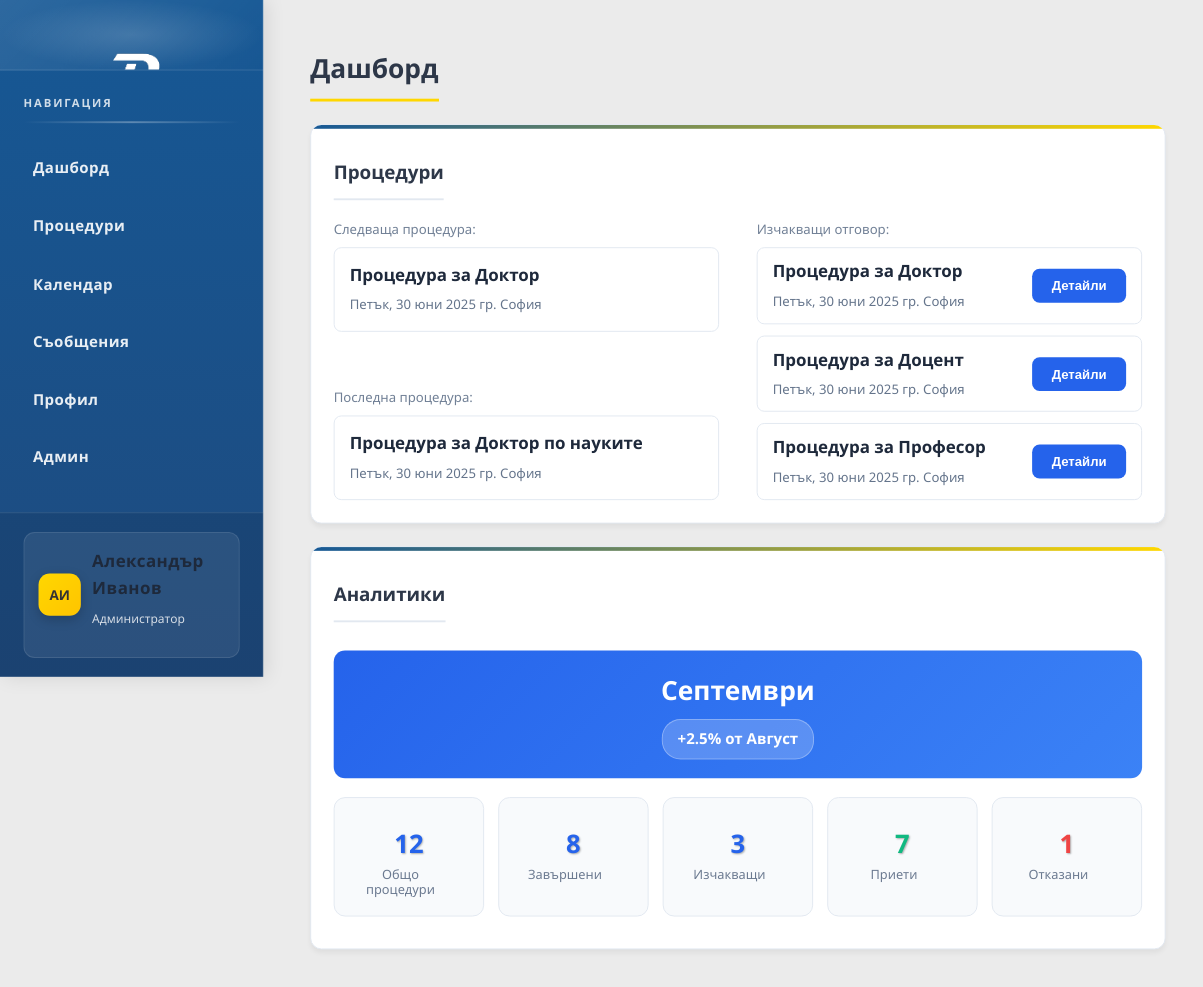
Repository: BorisSavianov/doxa-frontend
Page: /
The author's editor kept a copy of each file at every save. The page is drawn from the files as they stood at one save, then again after the next save.
The browser window is 1280 px wide. The pictures show the whole page, at 94% of full size.
The project was rebuilt for these pictures with package versions that can differ from the ones it lists, and the page was loaded fresh each time. Also part of the build but not shown: vite.config.js, src/components/Layout/Header.jsx, src/pages/Profile.jsx, src/pages/Inbox.css, src/pages/Inbox.jsx, src/pages/Calendar.css, src/pages/Calendar.jsx, src/pages/Admin.jsx and 1 more.

Above is the page before, as saved 2025-10-24 15:18:05.

### index.html
<!doctype html>
<html lang="en">
  <head>
    <meta charset="UTF-8" />
    <link rel="icon" type="image/svg+xml" href="/vite.svg" />
    <meta name="viewport" content="width=device-width, initial-scale=1.0" />
    <title>vtu</title>
  </head>
  <body>
    <div id="root"></div>
    <script type="module" src="/src/main.jsx"></script>
  </body>
</html>

### src/main.jsx
import React from 'react'
import ReactDOM from 'react-dom/client'
import { createBrowserRouter, RouterProvider } from 'react-router-dom'
import { ThemeProvider } from './contexts/ThemeContext'
import { LanguageProvider } from './contexts/LanguageContext'
import Layout from './components/Layout/Layout'
import Dashboard from './pages/Dashboard'
import Profile from './pages/Profile'
import Inbox from './pages/Inbox'
import Calendar from './pages/Calendar'
import Admin from './pages/Admin'
import './index.css'
import Procedures from './pages/Procedures'

const router = createBrowserRouter([
  {
    path: "/",
    element: <Layout />,
    children: [
      {
        index: true,
        element: <Dashboard />,
      },
      {
        path: "dashboard",
        element: <Dashboard />,
      },
      {
        path: "profile",
        element: <Profile />,
      },
      {
        path: "inbox",
        element: <Inbox />,
      },
      {
        path: "calendar",
        element: <Calendar />,
      },
      {
        path: "admin",
        element: <Admin />,
      },
       {
        path: "procedures",
        element: <Procedures />,
      },
    ],
  },
], {
  future: {
    v7_startTransition: true,
    v7_relativeSplatPath: true,
  },
});

function App() {
  return (
    <ThemeProvider>
      <LanguageProvider>
        <RouterProvider router={router} />
      </LanguageProvider>
    </ThemeProvider>
  )
}

ReactDOM.createRoot(document.getElementById('root')).render(
  <React.StrictMode>
    <App />
  </React.StrictMode>,
)

### src/contexts/LanguageContext.jsx
import React, { createContext, useContext, useState } from 'react'
import { useLocalStorage } from '../hooks/useLocalStorage'

const LanguageContext = createContext()

export const useLanguage = () => {
  const context = useContext(LanguageContext)
  if (!context) {
    throw new Error('useLanguage must be used within a LanguageProvider')
  }
  return context
}

export const LanguageProvider = ({ children }) => {
  const [isEnglish, setIsEnglish] = useLocalStorage('language', false)

  const toggleLanguage = () => {
    setIsEnglish(prev => !prev)
  }

  const t = (bg, en) => {
    return isEnglish ? en : bg
  }

  const value = {
    isEnglish,
    toggleLanguage,
    t
  }

  return (
    <LanguageContext.Provider value={value}>
      {children}
    </LanguageContext.Provider>
  )
}

// В LanguageContext.jsx, добави следния код в t функцията или създай нова:
const calendarLocales = {
  bg: {
    buttonText: {
      today: 'Днес',
      month: 'Месец',
      week: 'Седмица',
      day: 'Ден',
      list: 'Списък'
    },
    allDayText: 'Цял ден',
    noEventsText: 'Няма събития'
  },
  en: {
    buttonText: {
      today: 'Today',
      month: 'Month',
      week: 'Week',
      day: 'Day',
      list: 'List'
    },
    allDayText: 'All day',
    noEventsText: 'No events'
  }
}

// Актуализирай t функцията или добави нова:
const getCalendarLocale = () => {
  return isEnglish ? calendarLocales.en : calendarLocales.bg
}

### src/components/Layout/Layout.jsx
import React from 'react'
import { Outlet } from 'react-router-dom'
import { useTheme } from '../../contexts/ThemeContext'
import Header from './Header'
import Sidebar from './Sidebar'
import '../../styles/globals.css'

const Layout = () => {
  const { isDark } = useTheme()

  return (
    <div className={`app ${isDark ? 'dark' : 'light'}`}>
      <Sidebar />
      <div className="main-content">

        <Outlet />
      </div>
    </div>
  )
}

export default Layout

### src/pages/Dashboard.jsx
import React from 'react';
import '../styles/dashboard.css';

const Dashboard = () => {
  return (
    <div className="dashboard">
      <h2>Дашборд</h2>

      {/* Процедури секция - цяла ширина */}
      <div className="card procedures-card full-width">
        <h2>Процедури</h2>

        <div className="procedures-grid">
          {/* Лява колона - Следваща и Последна процедура */}
          <div className="procedures-column">
            <div className="procedure-section">
              <h3>Следваща процедура:</h3>
              <div className="procedure-item">
                <div className="procedure-content">
                  <div className="procedure-info">
                    <div className="procedure-title">Процедура за Доктор</div>
                    <div className="procedure-date">Петък, 30 юни 2025 гр. София</div>
                  </div>
                </div>
              </div>
            </div>

            <div className="procedure-section">
              <h3>Последна процедура:</h3>
              <div className="procedure-item">
                <div className="procedure-content">
                  <div className="procedure-info">
                    <div className="procedure-title">Процедура за Доктор по науките</div>
                    <div className="procedure-date">Петък, 30 юни 2025 гр. София</div>
                  </div>
                </div>
              </div>
            </div>
          </div>

          {/* Дясна колона - Изчакващи процедури */}
          <div className="procedures-column">
            <div className="procedure-section">
              <h3>Изчакващи отговор:</h3>
              <div className="procedure-list">
                <div className="procedure-item waiting">
                  <div className="procedure-content">
                    <div className="procedure-info">
                      <div className="procedure-title">Процедура за Доктор</div>
                      <div className="procedure-date">Петък, 30 юни 2025 гр. София</div>
                    </div>
                    <button className="details-btn">Детайли</button>
                  </div>
                </div>
                <div className="procedure-item waiting">
                  <div className="procedure-content">
                    <div className="procedure-info">
                      <div className="procedure-title">Процедура за Доцент</div>
                      <div className="procedure-date">Петък, 30 юни 2025 гр. София</div>
                    </div>
                    <button className="details-btn">Детайли</button>
                  </div>
                </div>
                <div className="procedure-item waiting">
                  <div className="procedure-content">
                    <div className="procedure-info">
                      <div className="procedure-title">Процедура за Професор</div>
                      <div className="procedure-date">Петък, 30 юни 2025 гр. София</div>
                    </div>
                    <button className="details-btn">Детайли</button>
                  </div>
                </div>
              </div>
            </div>
          </div>
        </div>
      </div>

      {/* Долни секции */}
      <div className="bottom-sections">
        {/* Аналитики секция - разтегната на цялата дължина */}
        <div className="card analytics-card full-width">
          <h2>Аналитики</h2>
          <div className="analytics-content">
            <div className="analytics-main">
              <div className="month">Септември</div>
              <div className="trend positive">+2.5% от Август</div>
            </div>
            <div className="analytics-stats">
              <div className="stat-item">
                <div className="stat-value">12</div>
                <div className="stat-label">Общо процедури</div>
              </div>
              <div className="stat-item">
                <div className="stat-value">8</div>
                <div className="stat-label">Завършени</div>
              </div>
              <div className="stat-item">
                <div className="stat-value">3</div>
                <div className="stat-label">Изчакващи</div>
              </div>
              <div className="stat-item">
                <div className="stat-value accepted">7</div>
                <div className="stat-label">Приети</div>
              </div>
              <div className="stat-item">
                <div className="stat-value rejected">1</div>
                <div className="stat-label">Отказани</div>
              </div>
            </div>
          </div>
        </div>
      </div>
    </div>
  );
};

export default Dashboard;

### src/index.css
:root {
  font-family: Inter, system-ui, Avenir, Helvetica, Arial, sans-serif;
  line-height: 1.5;
  font-weight: 400;
}

body {
  margin: 0;
  display: flex;
  place-items: center;
  min-width: 320px;
  min-height: 100vh;
}

#root {
  width: 100%;
  margin: 0 auto;
}

### src/components/Layout/Sidebar.jsx
import React from 'react'
import { NavLink } from 'react-router-dom'
import { useLanguage } from '../../contexts/LanguageContext'

const Sidebar = () => {
  const { t } = useLanguage()

  const menuItems = [
    { path: '/dashboard', label: t('Дашборд', 'Dashboard') },
    { path: '/procedures', label: t('Процедури', 'Procedures') },
    { path: '/calendar', label: t('Календар', 'Calendar') },
    { path: '/inbox', label: t('Съобщения', 'Inbox') },
    { path: '/profile', label: t('Профил', 'Profile') },
    { path: '/admin', label: t('Админ', 'Admin') }
  ]

  return (
    <aside className="sidebar">
      {/* Header with Logo */}
      <div className="sidebar-header">
        <div className="logo-container">
          <img
            src="/logo.png"
            alt="Logo"
            className="logo"
            onError={(e) => {
              e.target.style.display = 'none'
              e.target.nextSibling.style.display = 'block'
            }}
          />

        </div>
        <div className="header-glow"></div>
      </div>

      {/* Navigation Menu */}
      <nav className="sidebar-nav">
        <div className="nav-header">
          <div className="nav-title">НАВИГАЦИЯ</div>
          <div className="nav-divider"></div>
        </div>

        <ul className="nav-menu">
          {menuItems.map((item) => (
            <li key={item.path} className="nav-item">
              <NavLink
                to={item.path}
                className={({ isActive }) =>
                  `nav-link ${isActive ? 'active' : ''}`
                }
              >
                <span className="nav-label">{item.label}</span>
                <div className="nav-active-indicator"></div>
              </NavLink>
            </li>
          ))}
        </ul>
      </nav>

      {/* Sidebar Footer */}
      <div className="sidebar-footer">
        <div className="user-profile">
          <div className="user-avatar">
            <div className="avatar-initials">АИ</div>
          </div>
          <div className="user-info">
            <div className="user-name">Александър Иванов</div>
            <div className="user-role">Администратор</div>
          </div>
        </div>
      </div>
    </aside>
  )
}

export default Sidebar

### src/styles/dashboard.css
.dashboard {
    padding: 20px;
    min-height: 100vh;
    position: relative;
}

.dashboard-header {
    position: absolute;
    top: 0;
    left: 0;
    right: 0;
    height: 4px;
    background: #2563eb;
    background: linear-gradient(90deg, #2563eb 0%, #3b82f6 50%, #2563eb 100%);
}

.dashboard h2 {
    color: #2d3748;
    margin-bottom: 24px;
    font-size: 28px;
    font-weight: 600;
    margin-top: 10px;
}

.card {
    background: white;
    border-radius: 12px;
    padding: 24px;
    box-shadow: 0 4px 6px rgba(0, 0, 0, 0.05);
    border: 1px solid #e2e8f0;
    position: relative;
    overflow: hidden;
}

.card h2 {
    color: #2d3748;
    margin-bottom: 20px;
    font-size: 20px;
    font-weight: 600;
    border-bottom: 2px solid #e2e8f0;
    padding-bottom: 12px;
}

/* Процедури стилове - цяла ширина */
.procedures-card.full-width {
    grid-column: 1 / -1;
    margin-bottom: 24px;
}

.procedures-grid {
    display: grid;
    grid-template-columns: 1fr 1fr;
    gap: 40px;
}

.procedures-column {
    display: flex;
    flex-direction: column;
    justify-content: space-evenly;
    gap: 24px;
}

.procedure-section:nth-child(even) {
    flex: 1;
    display: flex;
    flex-direction: column;
    justify-content: flex-end;
}

.procedure-section h3 {
    font-size: 14px;
    color: #718096;
    margin-bottom: 8px;
    font-weight: 500;
}

.procedure-item {
    padding: 16px;
    border-radius: 8px;
    border: 1px solid #e2e8f0;
    transition: all 0.2s ease;
    background: white;
}

.procedure-item.waiting {
    padding: 12px 16px;
}

.procedure-content {
    display: flex;
    justify-content: space-between;
    align-items: flex-start;
    gap: 12px;
}

.procedure-info {
    flex: 1;
}

.procedure-title {
    font-weight: 600;
    color: #2d3748;
    margin-bottom: 4px;
}

.procedure-date {
    font-size: 14px;
    color: #718096;
}

.procedure-item:hover {
    background-color: #f7fafc;
    box-shadow: 0 2px 4px rgba(0, 0, 0, 0.1);
}

.procedure-list {
    display: flex;
    flex-direction: column;
    gap: 12px;
}

/* Бутон за детайли */
.details-btn {
    background: #2563eb;
    color: white;
    border: none;
    padding: 8px 16px;
    border-radius: 6px;
    font-size: 14px;
    font-weight: 500;
    cursor: pointer;
    transition: all 0.2s ease;
    white-space: nowrap;
    min-width: 80px;
}

.details-btn:hover {
    background: #1d4ed8;
    box-shadow: 0 2px 4px rgba(37, 99, 235, 0.3);
}

.details-btn:active {
    transform: translateY(0);
}

/* Долни секции */
.bottom-sections {
    display: grid;
    grid-template-columns: 1fr;
    gap: 24px;
}

/* Аналитики стилове - подобрени */
.analytics-card.full-width {
    grid-column: 1 / -1;
}

.analytics-content {
    padding: 10px 0;
}

.analytics-main {
    text-align: center;
    margin-bottom: 20px;
    padding: 20px;
    background: linear-gradient(135deg, #2563eb 0%, #3b82f6 100%);
    border-radius: 12px;
    color: white;
}

.month {
    font-size: 28px;
    font-weight: 700;
    margin-bottom: 8px;
}

.trend {
    font-size: 16px;
    font-weight: 600;
    padding: 8px 16px;
    border-radius: 20px;
    display: inline-block;
}

.trend.positive {
    background: rgba(255, 255, 255, 0.2);
    border: 1px solid rgba(255, 255, 255, 0.3);
}

.analytics-stats {
    display: grid;
    grid-template-columns: repeat(5, 1fr);
    gap: 15px;
    margin-top: 15px;
}

.stat-item {
    text-align: center;
    padding: 20px 15px;
    background: #f8fafc;
    border-radius: 12px;
    border: 1px solid #e2e8f0;
    transition: all 0.3s ease;
}

.stat-item:hover {
    /* transform: translateY(-2px); */
    box-shadow: 0 4px 12px rgba(0, 0, 0, 0.1);
}

.stat-value {
    font-size: 32px;
    font-weight: 700;
    color: #2563eb;
    margin-bottom: 8px;
}

.stat-value.accepted {
    color: #10b981;
}

.stat-value.rejected {
    color: #ef4444;
}

.stat-label {
    font-size: 14px;
    color: #64748b;
    font-weight: 500;
}

/* Календар стилове */
.calendar-placeholder {
    height: 200px;
    display: flex;
    align-items: center;
    justify-content: center;
    background: #f7fafc;
    border-radius: 8px;
    border: 2px dashed #e2e8f0;
}

.calendar-placeholder p {
    color: #a0aec0;
    font-size: 16px;
}

/* Responsive дизайн */
@media (max-width: 1024px) {
    .procedures-grid {
        gap: 30px;
    }

    .analytics-stats {
        grid-template-columns: repeat(3, 1fr);
    }
}

@media (max-width: 768px) {
    .dashboard {
        padding: 16px;
    }

    .card {
        padding: 20px;
    }

    .procedures-grid {
        grid-template-columns: 1fr;
        gap: 20px;
    }

    .bottom-sections {
        grid-template-columns: 1fr;
    }

    .procedures-card.full-width {
        margin-bottom: 20px;
    }

    .procedure-content {
        flex-direction: column;
        gap: 8px;
    }

    .details-btn {
        align-self: flex-end;
        min-width: 70px;
        padding: 6px 12px;
        font-size: 13px;
    }

    .analytics-stats {
        grid-template-columns: repeat(2, 1fr);
    }

    .stat-value {
        font-size: 28px;
    }
}

@media (max-width: 480px) {
    .month {
        font-size: 20px;
    }

    .dashboard h2 {
        font-size: 24px;
    }

    .analytics-stats {
        grid-template-columns: 1fr;
    }

    .stat-value {
        font-size: 24px;
    }

    .stat-item {
        padding: 15px 10px;
    }
}

Loaded but not shown: src/contexts/ThemeContext.js (31 lines, source omitted); src/hooks/useLocalStorage.js (24 lines, source omitted); src/styles/globals.css (875 lines, source omitted); src/pages/Profile.css (619 lines, source omitted); src/styles/admin.css (582 lines, source omitted); src/styles/procedures.css (365 lines, source omitted)

After the next save:
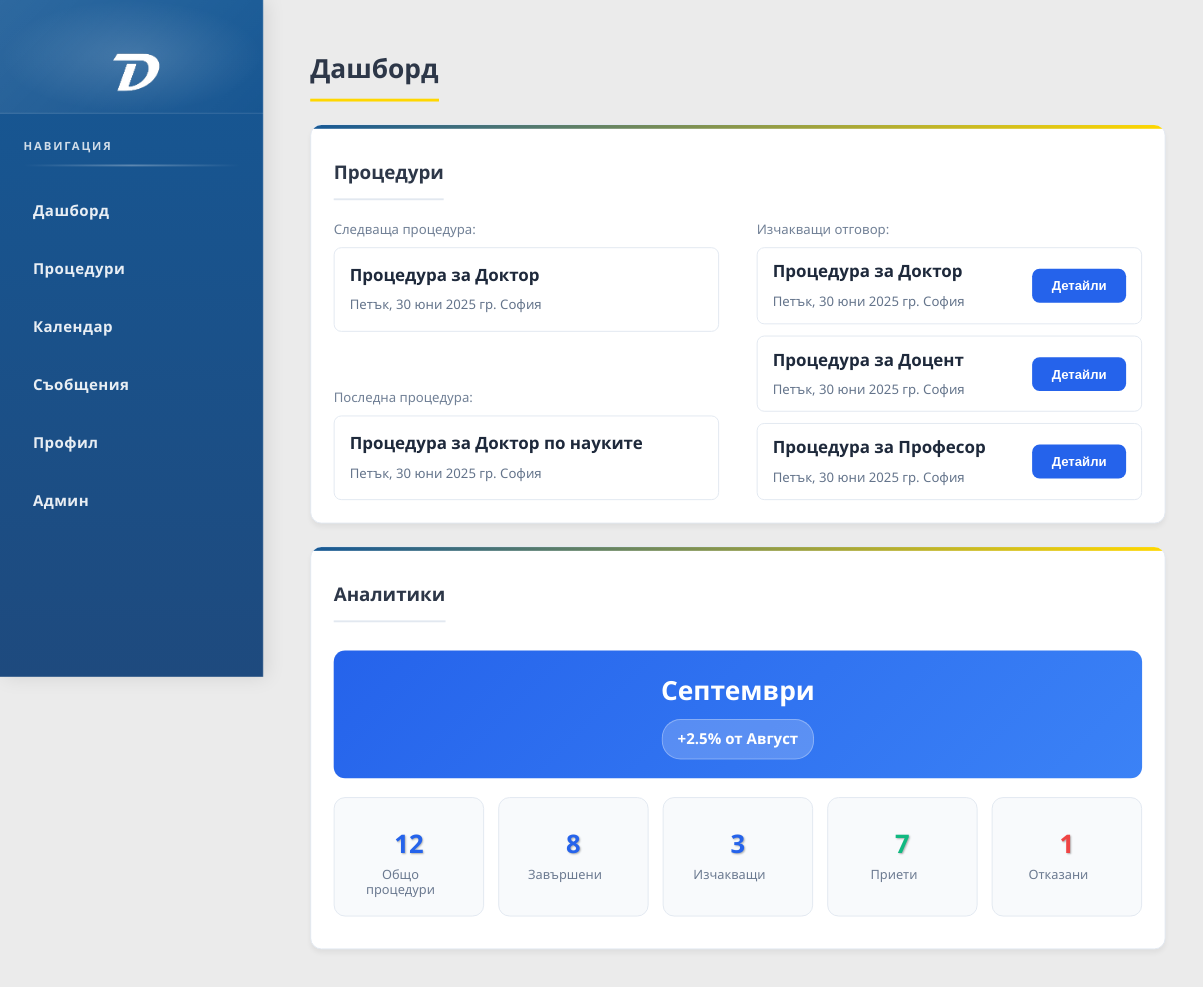
Saved 116 s later.
--- a/src/components/Layout/Sidebar.jsx
+++ b/src/components/Layout/Sidebar.jsx
@@ -57,18 +57,7 @@ const Sidebar = () => {
         </ul>
       </nav>
 
-      {/* Sidebar Footer */}
-      <div className="sidebar-footer">
-        <div className="user-profile">
-          <div className="user-avatar">
-            <div className="avatar-initials">АИ</div>
-          </div>
-          <div className="user-info">
-            <div className="user-name">Александър Иванов</div>
-            <div className="user-role">Администратор</div>
-          </div>
-        </div>
-      </div>
+
     </aside>
   )
 }
